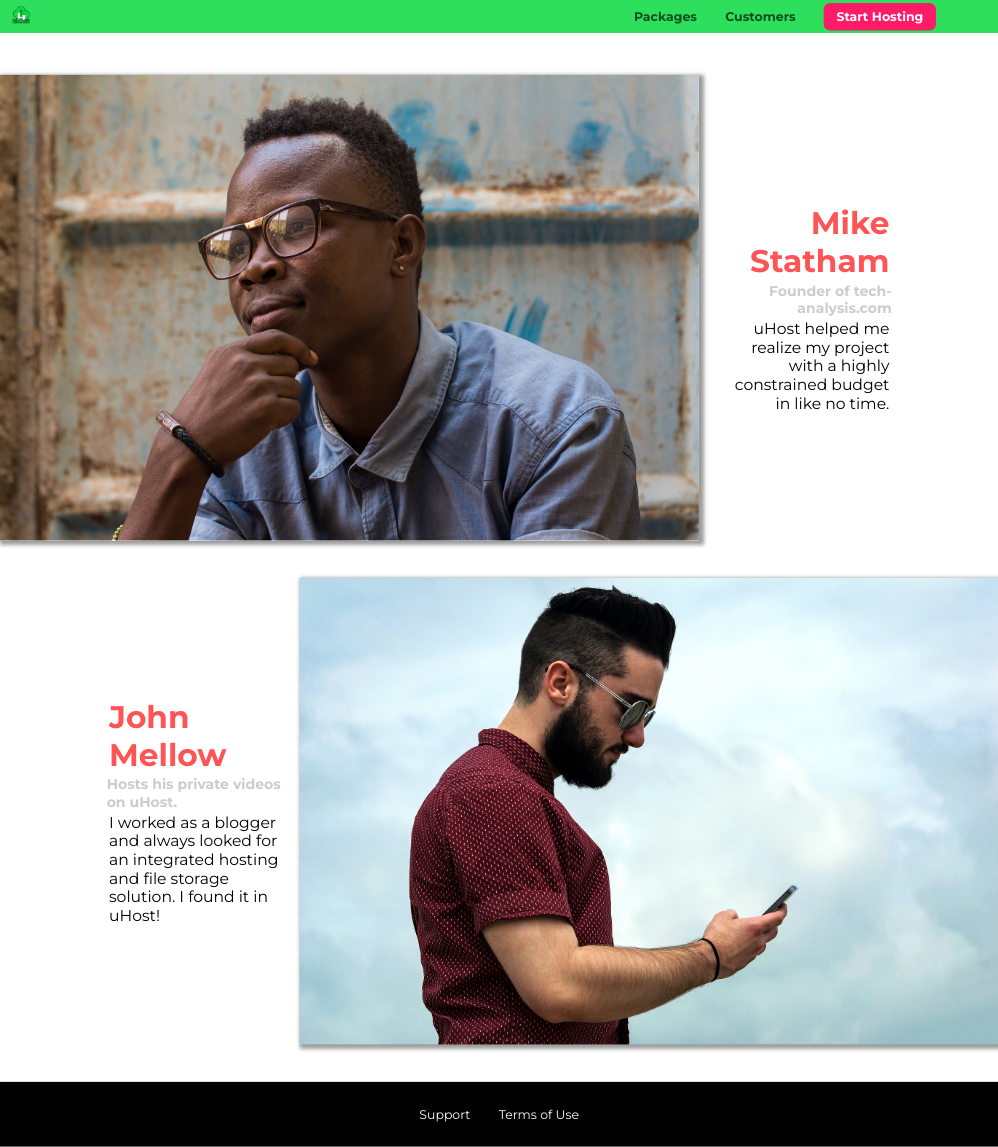
Repository: Nowacki97PL/UdemyCSS
Page: customers/index.html
The author's editor kept a copy of each file at every save. The page is drawn from the files as they stood at one save, then again after the next save.
The browser window is 1280 px wide. The pictures show the whole page, at 78% of full size.

Above is the page before, as saved 2023-11-18 14:06:51.

### customers/index.html
<!DOCTYPE html>
<html lang="en">

<head>
    <meta charset="UTF-8">
    <meta name="viewport" content="width=device-width, initial-scale=1.0">
    <meta http-equiv="X-UA-Compatible" content="ie=edge">
    <title>uHost Customers</title>
    <link rel="shortcut icon" href="../images/favicon.png">
    <link href="https://fonts.googleapis.com/css?family=Anton|Montserrat:400,700" rel="stylesheet">
    <link rel="stylesheet" href="customers.css">
    <link rel="stylesheet" href="../shared.css">
    <link rel="stylesheet" href="../main.css">
</head>

<body>
    <div class="backdrop"></div>
    <header class="main-header">
        <div>
            <a href="../index.html" class="main-header__brand">
                <img src="../images/uhost-icon.png" alt="logo">
            </a>
        </div>
        <nav class="main-nav">
            <ul class="main-nav__items">
                <li class="main-nav__item">
                    <a href="packages/index.html">Packages</a>
                </li>
                <li class="main-nav__item">
                    <a href="customers/index.html">Customers</a>
                </li>
                <li class="main-nav__item main-nav__item--cta">
                    <a href="start-hosting/index.html">Start Hosting</a>
                </li>
            </ul>
        </nav>
    </header>

    <main>
        <div>
            <div class="testimonial" id="customer-1">
                <div class="testimonial__image-container">
                    <img src="../images/customer-1.jpg" alt="Mike Statham - Customer" class="testimonial__image">
                </div>
                <div class="testimonial__info">
                    <h1 class="testimonial__name">Mike Statham</h1>
                    <h2 class="testimonial__subtitle">Founder of
                        <a href="tech-analysis.com">tech-analysis.com</a>
                    </h2>
                    <p class="testimonial__text">uHost helped me realize my project with a highly constrained budget in like no time.</p>
                </div>
            </div>
            <div class="testimonial" id="customer-2">

                <div class="testimonial__info">
                    <h1 class="testimonial__name">John Mellow</h1>
                    <h2 class="testimonial__subtitle">Hosts his private videos on uHost.
                    </h2>
                    <p class="testimonial__text">I worked as a blogger and always looked for an integrated hosting and file storage solution. I found
                        it in uHost!
                    </p>
                </div>
                <div class="testimonial__image-container">
                    <img src="../images/customer-2.jpg" alt="John Mellow - Customer" class="testimonial__image">
                </div>
            </div>
        </div>
    </main>
    <footer class="main-footer">
        <nav>
            <ul class="main-footer__links">
                <li class="main-footer__link">
                    <a href="#">Support</a>
                </li>
                <li class="main-footer__link">
                    <a href="#">Terms of Use</a>
                </li>
            </ul>
        </nav>
    </footer>
</body>

</html>

### customers/customers.css
.testimonial {
    font-size: 20px;
    margin: 48px 0;
  }

  .testimonial__list {
    width: 80%;
    margin: auto;
  }

  .testimonial:first-of-type {
    margin-top: 96px;
  }

  .testimonial__image-container {
    width: 70%;
    display: inline-block;
    vertical-align: middle;
    box-shadow: 3px 3px 5px 3px rgba(0, 0,  0, 0.4);
  }

  .testimonial__image {
    width: 100%;
    vertical-align: top;
  }

  .testimonial__info {
    text-align: right;
    padding: 14px;
    display: inline-block;
    vertical-align: middle;
    width: 20%;
  }

  #customer-2.testimonial {
    text-align: right;
  }

  #customer-2 .testimonial__info {
    text-align: left;
  }

  .testimonial__name {
    margin: 3px;
    color: #ff5454;
  }

  .testimonial__subtitle {
    margin: 0;
    font-size: 18px;
    color: #ccc;
  }

  .testimonial__subtitle a {
    color: inherit;
    text-decoration: none;
  }

  .testimonial__subtitle a:hover,
  .testimonial__subtitle a:active {
    color: #7a7a7a;
  }

  .testimonial__text {
    margin: 3px;
  }

### shared.css
* {
    box-sizing: border-box;
}

body {
    font-family: 'Montserrat', sans-serif;
    margin: 0;
}

.backdrop {
    position: relative;
    z-index: 100;
    width: 100%;
    height: 100%;
    background: rgba(0, 0, 0, 0.5);
}

.main-header {
    width: 100%;
    position: fixed;
    top: 0;
    left: 0;
    background: #2ddf5c;
    padding: 8px 16px;
    z-index: 1;
}

.main-header > div {
    display: inline-block;
    vertical-align: middle;
}

.main-header__brand {
    color: #0e4f1f;
    text-decoration: none;
    font-weight: bold;
    font-size: 22px;
    display: inline-block;
    height: 22px;
}

.main-header__brand img {
    height: 22px;
}

.main-nav {
    display: inline-block;
    text-align: right;
    width: calc(100% - 74px);
    vertical-align: middle;
}

.main-nav__items {
    margin: 0;
    padding: 0;
    list-style: none;
}

.main-nav__item {
    display: inline-block;
    margin: 0 16px;
}

.main-nav__item a {
    text-decoration: none;
    color: #0e4f1f;
    font-weight: bold;
    padding: 3px 0;
}

.main-nav__item a:hover,
.main-nav__item a:active {
    color: white;
    border-bottom: 5px solid white;
}

.main-nav__item--cta a {
    color: white;
    background: #ff1b68;
    padding: 8px 16px;
    border-radius: 8px;
}

.main-nav__item--cta a:hover,
.main-nav__item--cta a:active {
    color: #ff1b68;
    background: white;
    border: none;
}

.main-footer {
    background: black;
    padding: 32px;
    margin-top: 48px;
}

.main-footer__links {
    list-style: none;
    margin: 0;
    padding: 0;
    text-align: center;
}

.main-footer__link {
    display: inline-block;
    margin: 0 16px;
}

.main-footer__link a {
    color: white;
    text-decoration: none;
}

.main-footer__link a:hover,
.main-footer__link a:active {
    color: #ccc;
}

.button {
    background: #0e4f1f;
    color: white;
    font: inherit;
    border: 1.5px solid #0e4f1f;
    padding: 8px;
    border-radius: 8px;
    font-weight: bold;
    cursor: pointer;
}

.button:hover,
.button:active {
    background: white;
    color: #0e4f1f;
}

.button:focus {
    outline: none;
}

### main.css


#product-overview {
    background: url("images/freedom.jpg") left 10% bottom 80%/cover no-repeat border-box;
    width: 100%;
    height: 528px;
    padding: 10px;
    position: relative;
}

.section-title {
    color: #2ddf5c;
    text-align: center;
}

#product-overview h1 {
    color: white;
    font-family: 'Anton', sans-serif;
    position: absolute;
    bottom: 5%;
    left: 3%;
}

.plan__list {
    width: 80%;
    margin: auto;
    text-align: center;
}

.plan {
    background: #d5ffdc;
    text-align: center;
    padding: 16px;
    margin: 8px;
    display: inline-block;
    width: 30%;
    vertical-align: middle;
    border-radius: 10px;
}

.plan--highlighted {
    border-radius: 10px;
    background: #19b84c;
    color: white;
    box-shadow: 3px 3px 5px 3px rgba(0, 0, 0, 0.5);
}

.plan__annotation {
    background: white;
    color: #19b84c;
    padding: 8px;
    box-shadow: 2px 2px 2px 2px rgba(0, 0, 0, 0.5);
    border-radius: 8px;
}

.plan__title {
    color: #0e4f1f;
}

.plan__price {
    color: #858585;
}

.plan--highlighted .plan__title {
    color: white;
}

.plan--highlighted .plan__price {
    color: #0e4f1f;
}

.plan__features {
    list-style: none;
    margin: 0;
    padding: 0;
}

.plan__feature {
    margin: 8px 0;
}

#key-features {
    background: #ff1b68;
    margin-top: 80px;
    padding: 16px;
}

#key-features .section-title {
    color: white;
    margin: 32px;
}

.key-feature__list {
    list-style: none;
    margin: 0;
    padding: 0;
    text-align: center;
}

.key-feature {
    display: inline-block;
    width: 30%;
    vertical-align: top;
}

.key-feature__image {
    background: #ffcede;
    width: 128px;
    height: 128px;
    border: 2px solid #424242;
    border-radius: 50%;
    margin: auto;
    padding: 20px;
}

.key-feature__description {
    text-align: center;
    font-weight: bold;
    color: white;
    font-size: 20px;
}

/* h1 {
    font-family: sans-serif;
} */

After the next save:
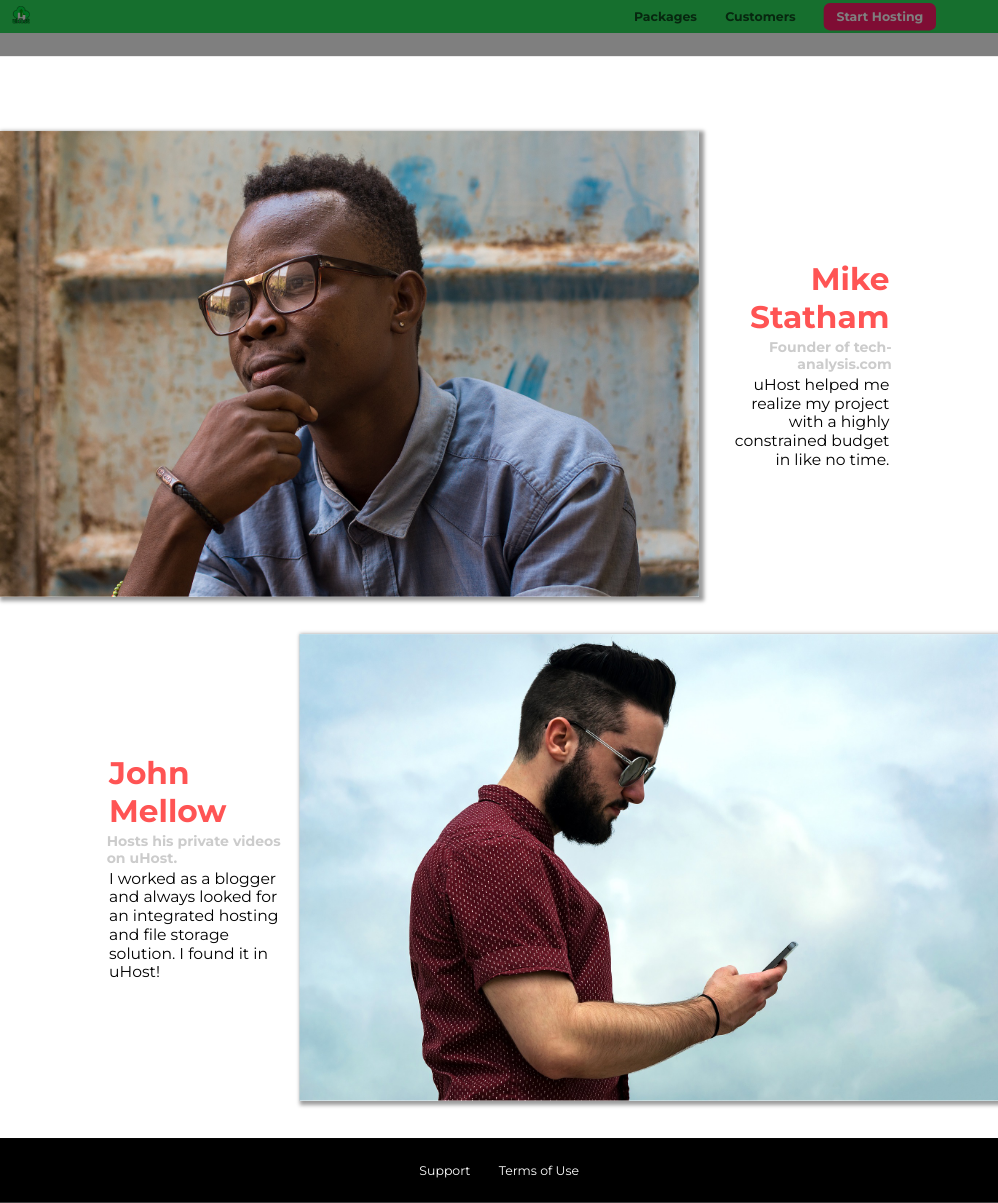
Saved 102 s later.
--- a/shared.css
+++ b/shared.css
@@ -11,7 +11,7 @@ body {
     position: relative;
     z-index: 100;
     width: 100%;
-    height: 100%;
+    height: 10vh;
     background: rgba(0, 0, 0, 0.5);
 }
 
